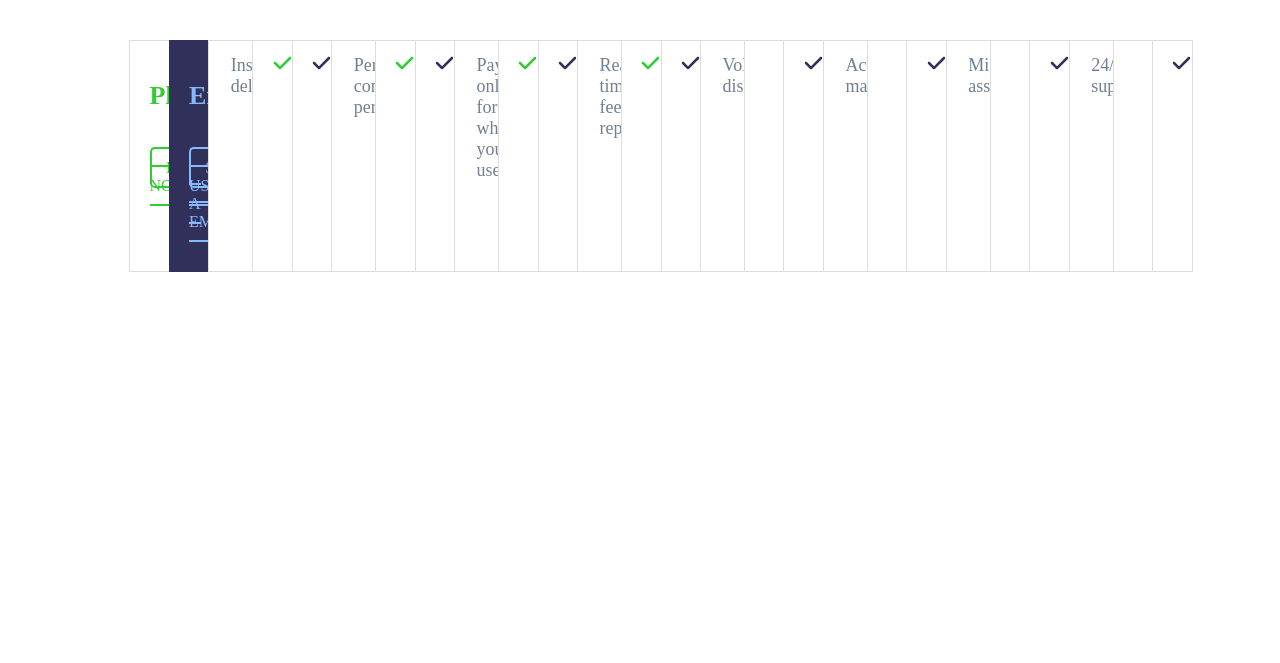
Repository: darlino/gotyu_shopify_section
Page: gotyu_table210223/index.html
These files come from the project's save history. The page is drawn as it stood at one moment and after the next save; the edit follows.
The browser window is 1280 px wide. The pictures show the whole page.

Above is the page before, as saved 2023-02-21 12:14:19.

After the next save:
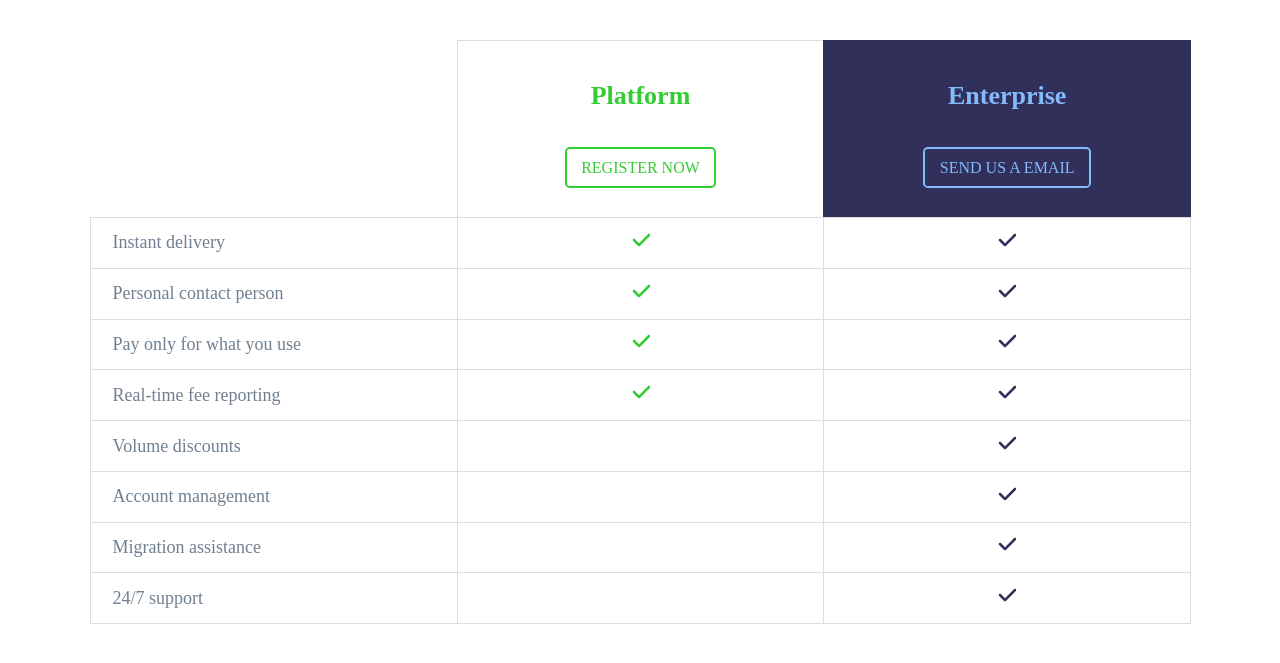
Saved 6 s later.
--- a/gotyu_table210223/style.css
+++ b/gotyu_table210223/style.css
@@ -4,7 +4,7 @@ body {
 
 .table {
   display: flex;
-  flex-wrap: row;
+  flex-wrap: wrap;
   margin: 0 auto;
   padding: 2rem 0rem 0rem 0rem;
   max-width: 1100px;
